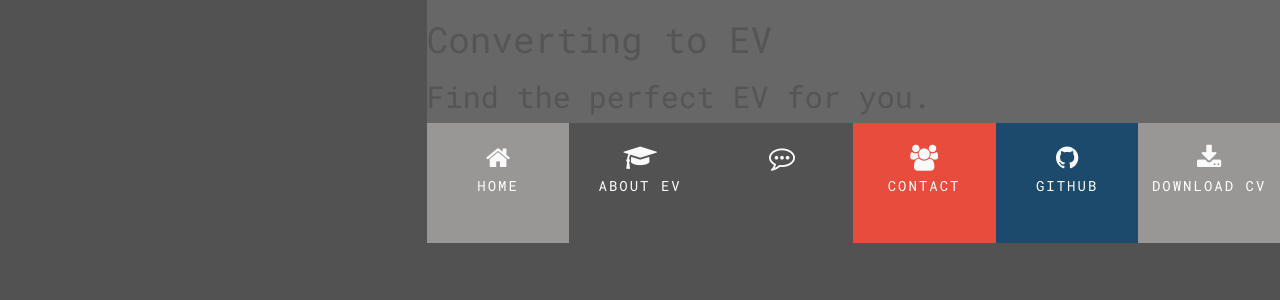
Repository: gnisco/2nd-project
Page: index.html
The author's editor kept a record of every edit. The page is drawn from the files as they stood at one moment, then again after the next edit.
The browser window is 1280 px wide. The pictures show the whole page.
Some web libraries are served in a nearby version.

Above is the page before.

After the next edit:
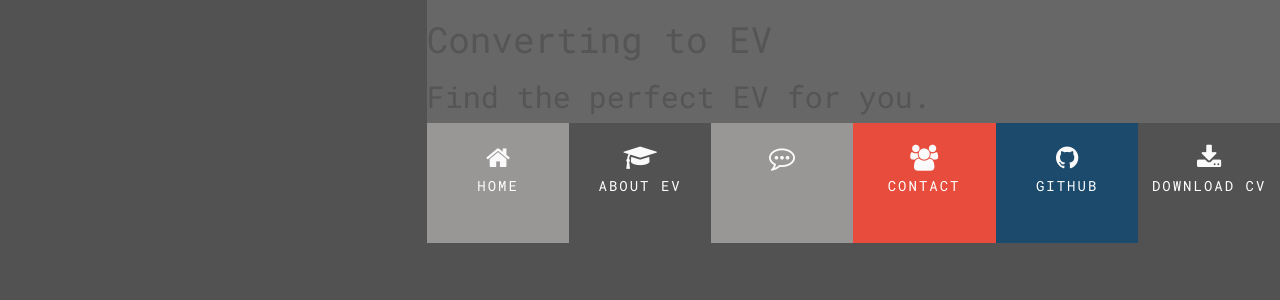
The edit:
--- a/assets/css/style.css
+++ b/assets/css/style.css
@@ -94,7 +94,7 @@
     background-color: #999696;
 }
 
-.ui-menu-color-download {
+.ui-menu-color-contact {
     background-color: #999696;
 }
 
